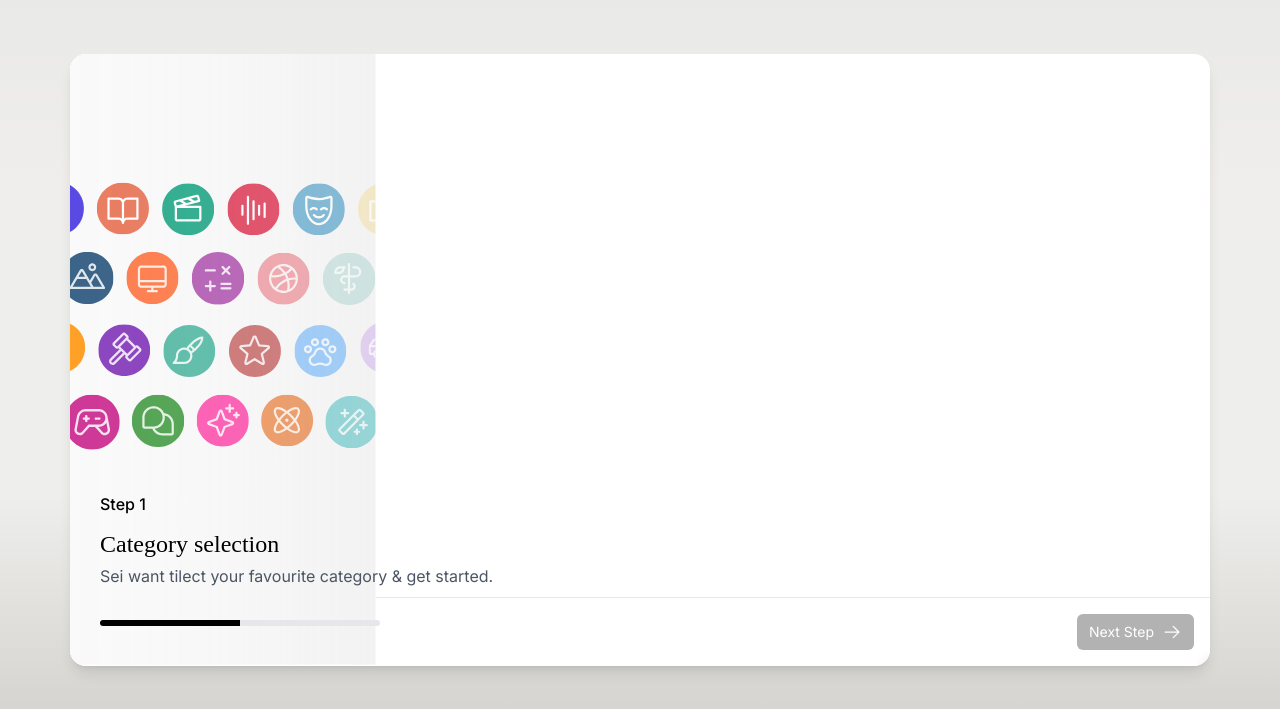
Repository: Satjeet2005/quiz-web-app-react
Page: /
These files come from the project's save history. The page is drawn as it stood at one moment and after a run of saves; the edit follows.
The browser window is 1280 px wide. The pictures show the whole page.
Pictures or frames that could not be fetched are drawn as grey boxes. The page's requests for data from a server got no answer. Some web fonts or font styles are not loaded; a fallback is used. The project was rebuilt for these pictures with package versions that can differ from the ones it lists, and the page was loaded fresh each time. No one was signed in, and anything a server would have sent is missing. Also part of the build but not shown: vite.config.ts, src/components/Badge/Badge.module.css, src/components/Badge/Badge.tsx, src/components/MCQ/MCQ.tsx, src/HTTP/use-questions.ts, src/hooks/useQuestions.ts, src/components/Spinner/Spinner.module.css, src/components/Spinner/Spinner.tsx and 18 more.

Above is the page before, as saved 2025-10-13 11:21:15.

### src/index.css
@import url("https://fonts.googleapis.com/css2?family=Inter:ital,opsz,wght@0,14..32,100..900;1,14..32,100..900&display=swap");

@font-face {
  font-family: 'Hando';
src: url("https://db.onlinewebfonts.com/t/ff43ca80668e47a1b1208ba9aed65ad2.eot");
    src: url("https://db.onlinewebfonts.com/t/ff43ca80668e47a1b1208ba9aed65ad2.eot?#iefix")format("embedded-opentype"),
    url("https://db.onlinewebfonts.com/t/ff43ca80668e47a1b1208ba9aed65ad2.woff2")format("woff2"),
    url("https://db.onlinewebfonts.com/t/ff43ca80668e47a1b1208ba9aed65ad2.woff")format("woff"),
    url("https://db.onlinewebfonts.com/t/ff43ca80668e47a1b1208ba9aed65ad2.ttf")format("truetype"),
    url("https://db.onlinewebfonts.com/t/ff43ca80668e47a1b1208ba9aed65ad2.svg#Sharp Grotesk Medium 20 Regular")format("svg");}

@tailwind base;
@tailwind components;
@tailwind utilities;

@layer utilities {
  .preserve-3d {
    transform-style: preserve-3d;
  }
  .perspective-1000{
    perspective: 1000px;
  }
  .backface-hidden{
    backface-visibility: hidden;
  }
}

:root {
  /* font */
  --Inter: "Inter";

  /* color */
  --grey: #495057;
  --coffee: #2e2e2e;
  --green: #0e9f6e;
  --grey-light: #e0e0e0;
  --blue: #3f83f8;
  overflow-x: hidden;
}

*{
  /* outline: 1px solid red; */
  box-sizing: border-box;
  /* overflow-x: hidden; */
}

html {
  /* font-family: var(--Inter); */
  /* font-family: "Nimbus"; */
  /* box-sizing: border-box; */
  height: 100% !important;
  width: 100%;
    min-height: 100% !important;

}

body {
  /* position: relative; */
  /* display: flex; */
  height: 100% !important;
  width: 100%;
  flex-direction: column;
  /* box-sizing: border-box; */
  /* margin: 0 auto; */
  max-width: 100%;
    min-height: 100% !important;

}

@media screen and (min-width:768px){
  body{
  background-image: linear-gradient(to top, #d5d4d0 0%, #d5d4d0 1%, #eeeeec 31%, #efeeec 75%, #e9e9e7 100%);  }
}

button {
  font-family: var(--Inter);
}

#root {
  height: 100% !important;
  min-height: 100% !important;
  /* overflow-y: scroll; */
  width: 100vw;
  /* position: relative; */
}

@media screen and (min-width:768px){
  #root{
    /* overflow-y: hidden; */
    display: flex;
    /* flex-direction: column; */
    /* justify-content: center; */
  }
}

### src/App.tsx
import { useState } from "react";
import "./App.css";
// import Category from "./components/individualCategory/Category";
import MCQWorkspace from "./components/MCQWorkspace/MCQWorkspace";
import Card from "./components/Card/Card";
import Homepage from "./components/Homepage";
export interface Category {
  id: number;
  name: string;
}

export interface Type {
  id: number;
  name: string;
  fullName: string;
}

const App = () => {
  const [activeStep, setActiveStep] = useState(1); //1
  const [selectedCategory, setSelectedCategory] = useState<Category | null>(
    null
  ); //null {id:9,name:"General knowledge"}
  const [selectedType, setSelectedType] = useState<Type | null>(null); //null  {id:1,name:"MCQ",fullName:"Multiple Choice Questions"}
  const [selectedDifficulty, setSelectedDifficulty] = useState<string | null>(
    "any"
  );
  const [count, setCount] = useState(2);
  const [isValid, setIsValid] = useState(false); //false
  const [shouldShowQuestion, setShouldShowQuestion] = useState(false); //false

  function handleCategoryChange(category: Category | null) {
    setSelectedCategory(category);
    setActiveStep(1);
  }

  function handleTypeChange(type: Type | null) {
    setSelectedType(type);
  }

  function handleDifficultyChange(label: string | null) {
    setSelectedDifficulty(label);
  }

  function formValidation(valid: boolean) {
    setIsValid(valid);
  }

  function handleQuestionCountChange(count: number) {
    setCount(count);
  }

  function handleReturnFromType() {
    setShouldShowQuestion(false);
    setSelectedType(null);
    setCount(0);
    setIsValid(false);
    setActiveStep(1);
  }

  function handleActiveStep(step: number, op: string) {
    if (op === "up" && activeStep === 1) {
      selectedCategory && setActiveStep(step);
    }
    if (op === "up" && activeStep === 2) {
      selectedDifficulty && selectedType && isValid && setActiveStep(step);
      setShouldShowQuestion(true);
    }
    if (op === "down" && activeStep === 2) {
      setActiveStep(1);
    }
  }

  return (
    <>
      {/* <ProgressBar activeStep={activeStep}></ProgressBar> */}

      <Homepage></Homepage>
      {!shouldShowQuestion && (
        <Card
          questionsCount={count}
          isValid={isValid}
          activeStep={activeStep}
          handleActiveStep={handleActiveStep}
          selectedCategory={selectedCategory}
          handleTypeChange={handleTypeChange}
          selectedType={selectedType}
          handleClick={handleCategoryChange}
          selectedDifficulty={selectedDifficulty}
          handleDifficultyChange={handleDifficultyChange}
          formValidation={formValidation}
          handleQuestionCountChange={handleQuestionCountChange}
        ></Card>
      )}
      {shouldShowQuestion && (
        <MCQWorkspace
          selectedType={selectedType as Type}
          category={selectedCategory as Category}
          count={count}
          difficulty={selectedDifficulty as string}
          handleRetake={() => console.log("RETAKE")}
          handleReturnFromType={handleReturnFromType}
        ></MCQWorkspace>
      )}
      {/* {(selectedCategory && !isValid) && <Category selectedCategory={selectedCategory} handleTypeChange={(type) => handleTypeChange(type)} selectedType={selectedType} selectedDifficulty={selectedDifficulty} handleDifficultyChange={handleDifficultyChange} formValidation={formValidation} handleQuestionCountChange={count => handleQuestionCountChange(count)}></Category>} */}
      {/* {isValid && <FlashcardWorkSpace amount={count} difficulty={selectedDifficulty} category={selectedCategory as number} ></FlashcardWorkSpace>} */}
      {/* {isValid && <MCQWorkspace count={count} category={selectedCategory as number} difficulty={selectedDifficulty} handleRetake={handleRetake}></MCQWorkspace>} */}
      {/* <Result></Result> */}
      {/* <CardButtons></CardButtons> */}
    </>
  );
};

export default App;

### src/components/Card/Card.tsx
import photo from "../../assets/sideimage.svg";
import ProgressBar from "../ProgressBar/ProgressBar";
import { lazy, Suspense } from "react";
import CardButtons from "../Buttons/CardButtons";
import type { Category, Type } from "../../App";
// import Customization from "../customization/Customization";
// const CategoriesComponent = lazy(() => import("../categories"));
import LearningOption from "../LearningOption/LearningOption";
// import MCQ from "../MCQ/MCQ";
// import MCQWorkspace from "../MCQWorkspace/MCQWorkspace";

interface Props {
  selectedCategory: Category | null;
  selectedType: Type | null;
  activeStep: number;
  selectedDifficulty: string | null;
  isValid: boolean;
  questionsCount: number;
  formValidation: (valid: boolean) => void;
  handleQuestionCountChange: (count: number) => void;
  handleTypeChange: (type: Type | null) => void;
  handleClick: (category: Category | null) => void;
  handleDifficultyChange: (type: string | null) => void;
  handleActiveStep: (step: number, op: string) => void;
}

const headings = [
  {
    heading: "Category selection",
    subheading: "Sei want tilect your favourite category & get started.",
  },
  {
    heading: "Learning Style",
    subheading: "Select your preffered learning style.",
  },
];

const Card = ({
  isValid,
  selectedDifficulty,
  selectedCategory,
  selectedType,
  questionsCount,
  activeStep,
  handleTypeChange,
  handleClick,
  handleDifficultyChange,
  formValidation,
  handleQuestionCountChange,
  handleActiveStep,
}: Props) => {
  return (
    <div className="w-full h-full relative bg-white box-border mt-4 md:w-[90%] md:h-fit md:shadow-lg  md:mx-auto md:my-auto md:rounded-2xl lg:h-[85%] lg:flex lg:flex-row lg:max-w-[1140px]">
      <CardButtons
        isValid={isValid}
        selectedDifficulty={selectedDifficulty}
        selectedType={selectedType}
        selectedCategory={selectedCategory}
        activeStep={activeStep}
        handleNext={handleActiveStep}
      ></CardButtons>
      <div className="lg:w-[500px] lg:h-full lg:rounded-l-2xl lg:relative">
        <div className="lg:absolute lg:bottom-4 lg:left-[30px]">
          {activeStep <= 2 && (
            <>
              <span className="hidden lg:block font-Inter font-medium">
                Step {activeStep}
              </span>
              <p className="hidden lg:block font-Hando text-2xl mt-3">
                {headings[activeStep - 1].heading}
              </p>
              <p className="hidden lg:block font-Inter text-gray-600 mt-1">
                {headings[activeStep - 1].subheading}
              </p>
              <ProgressBar activeStep={activeStep}></ProgressBar>
            </>
          )}
        </div>
        <img
          src={photo}
          alt="side-image"
          className="hidden lg:block object-cover h-full overflow-hidden rounded-l-2xl"
        />
      </div>
      {activeStep === 1 && (
        <Suspense fallback={null}>
          {/* <CategoriesComponent
            selectedCategory={selectedCategory}
            activeStep={activeStep}
            handleClick={handleClick}
          /> */}
        </Suspense>
      )}
      {activeStep === 2 && (
        <LearningOption
          selectedCount={questionsCount}
          selectedDifficulty={selectedDifficulty}
          formValidation={formValidation}
          handleDifficultyChange={handleDifficultyChange}
          handleQuestionCountChange={handleQuestionCountChange}
          selectedCategory={selectedCategory}
          selectedType={selectedType}
          handleTypeChange={handleTypeChange}
          handleCategoryChange={(category) => handleClick(category)}
        ></LearningOption>
      )}
    </div>
  );
};

export default Card;

### src/components/Homepage.tsx
import React from "react";

const Homepage: React.FC = () => {
  return null;
};

export default Homepage;

### src/components/ProgressBar/ProgressBar.tsx
interface Props {
  activeStep: number;
}
const ProgressBar = ({ activeStep }: Props) => {
  const totalStep = 2;
  function calculateWidth(){

    return (activeStep/totalStep)*100;
  }

  return (
    <div className="w-full flex justify-center mb-6 px-10 mt-10 md:justify-between lg:w-[280px] lg:justify-center lg:px-0 lg:mt-8 lg:items-end">
      <div
      style={{width:`${calculateWidth()}%`}}
        className={[
          " h-[6px] rounded-l-full md:w-full bg-black", calculateWidth() >= 100 && "rounded-r-full"
        ].join(" ")}
      ></div>

      <div
      style={{width:`${100-calculateWidth()}%`}}
        className={[
          "h-[6px] rounded-r-full md:w-full  bg-gray-200",
        ].join(" ")}
      ></div>
    </div>
  );
};

export default ProgressBar;

### src/components/Buttons/CardButtons.tsx
import nextButton from "../../assets/arrow-right.svg";
import backButton from "../../assets/arrow-left.svg";
import type { Category, Type } from "../../App";

interface Props {
  isValid: boolean;
  selectedCategory: Category | null;
  selectedType: Type | null;
  selectedDifficulty: string | null;
  activeStep: number;
  handleNext: (step: number, op: string) => void;
}
const CardButtons = ({
  isValid,
  selectedDifficulty,
  selectedType,
  selectedCategory,
  activeStep,
  handleNext,
}: Props) => {
  function checkDisabled() {
    if (activeStep === 1) {
      return !selectedCategory ? true : false;
    }

    if (activeStep === 2) {
      return !selectedType || !selectedDifficulty || !isValid ? true : false;
    }
  }

  return (
    <div className="w-full flex  box-border py-3 px-4 bg-white/50 backdrop-blur-sm border-t border-gray-200 fixed bottom-0 md:absolute md:rounded-b-2xl md:py-4 md:right-0">
      {activeStep > 1 && (
        <button
          className="flex flex-row items-center gap-2 box-border text-sm text-black bg-white border-2 border-gray-200 px-3 py-2 rounded-md  transition-[background-color] ease-linear hover:bg-gray-100"
          onClick={() => handleNext(activeStep - 1, "down")}
        >
          <img src={backButton} alt="back" className="w-5" />
          <p>Previous Step</p>
        </button>
      )}

      <button
        className={[
          "flex flex-row items-center ml-auto gap-2 box-border text-sm text-white px-3 py-2 rounded-md  transition-all ease-linear disabled:opacity-30 disabled:cursor-not-allowed",
          activeStep === 1
            ? "bg-black hover:opacity-80"
            : "bg-gradient-to-r from-indigo-800 via-purple-700 to-violet-500 hover:from-indigo-900 hover:via-purple-800 hover:to-violet-600 transition-all",
        ].join(" ")}
        disabled={checkDisabled()}
        onClick={() => handleNext(activeStep + 1, "up")}
      >
        <p>Next Step</p>
        <img src={nextButton} alt="next" className="w-5" />
      </button>
    </div>
  );
};

export default CardButtons;

### src/hooks/useCategory.ts
import { useEffect, useState } from "react"
import type { CategoriesProps } from "../HTTP/use-category";
import useService from "../HTTP/use-category"

 const useCategory = () => {
    const [categories,setCategories] = useState<CategoriesProps["trivia_categories"]>();

    useEffect(() => {
        const { request } = useService.getCategory<CategoriesProps>();

        request
        .then((res) => {

            setCategories(res.data.trivia_categories);
        })
    },[])

  return { categories };


}

export default useCategory;

### src/hooks/useCategoryDescription.ts
import { categoryDescription } from "../data/data"

const useCategoryDescription = () => {
  return { categoryDescription }
}

export default useCategoryDescription

### src/HTTP/http-request.ts
import apiClient from "./api-client";

class HttpService {
  endpoint: string;

  constructor(endpoint: string) {
    this.endpoint = endpoint;
  }

  getCategory<T>() {
    const controller = new AbortController();
    const request = apiClient.get<T>(this.endpoint, {
      signal: controller.signal,
    });
    return { request, cancel: () => controller.abort() };
  }

  getCategoryQuestionCount<T>(id: number) {
    const controller = new AbortController();

    const request = apiClient.get<T>(this.endpoint + id, {
      signal: controller.signal,
    });
    return { request, cancel: () => controller.abort() };
  }

  getQuestions<T>(count: number, category: number, difficulty: string) {
    const controller = new AbortController();

    const TYPE = "multiple";
    let string;
    if (difficulty === "any")
      string = `amount=${count}&category=${category}&type=${TYPE}`;
    else
      string = `amount=${count}&category=${category}&difficulty=${difficulty}&type=${TYPE}`;

    const request = apiClient.get<T>(this.endpoint + string, {
      signal: controller.signal,
    });
    return { request, cancel: () => controller.abort() };
  }
}

function create(endpoint: string) {
  return new HttpService(endpoint);
}

export default create;

### src/HTTP/use-category.ts
import create from "./http-request";

interface Category{
            id : number,
        name : string
}

export interface CategoriesProps{
    trivia_categories : Category[]
}


export default create("/api_category.php");

### src/data/data.ts
export const categoryDescription = [
  { id: 9, description: "Everyday facts and trivia."},
  { id: 10, description: "Literary works and authors."},
  { id: 11, description: "Movies, actors, and directors."},
  { id: 12, description: "Songs, artists, and albums."},
  { id: 13, description: "Stage shows and performers."},
  { id: 14, description: "TV shows and characters."},
  { id: 15, description: "Gaming trivia and titles."},
  { id: 16, description: "Classic and modern board games."},
  { id: 17, description: "Natural world and sciences."},
  { id: 18, description: "Computing and tech basics."},
  { id: 19, description: "Math facts and logic."},
  { id: 20, description: "Gods, legends, and myths." },
  { id: 21, description: "Athletes, teams, and events." },
  { id: 22, description: "Countries, cities, and places." },
  { id: 23, description: "Past events and figures." },
  { id: 24, description: "Leaders, systems, and policies." },
  { id: 25, description: "Famous art and artists." },
  { id: 26, description: "Famous people and pop culture."},
  { id: 27, description: "Wildlife and species facts." },
  { id: 28, description: "Cars, bikes, and transport." },
  { id: 29, description: "Comic books and superheroes."},
  { id: 30, description: "Innovations and devices." },
  { id: 31, description: "Anime and manga culture."},
  { id: 32, description: "Animated shows and films."}
];

### src/HTTP/api-client.ts
import axios from "axios";

export default axios.create({
    baseURL: "https://opentdb.com"
})

Loaded but not shown: index.html (common file); src/main.tsx (common file); tailwind.config.js (16 lines, source omitted); src/components/Selection/SelectionDifficulty.tsx (256 lines, source omitted); src/components/Categories/Categories.tsx (201 lines, source omitted); src/App.css (no stored copy; drawn as an empty file)

After the next 2 saves:
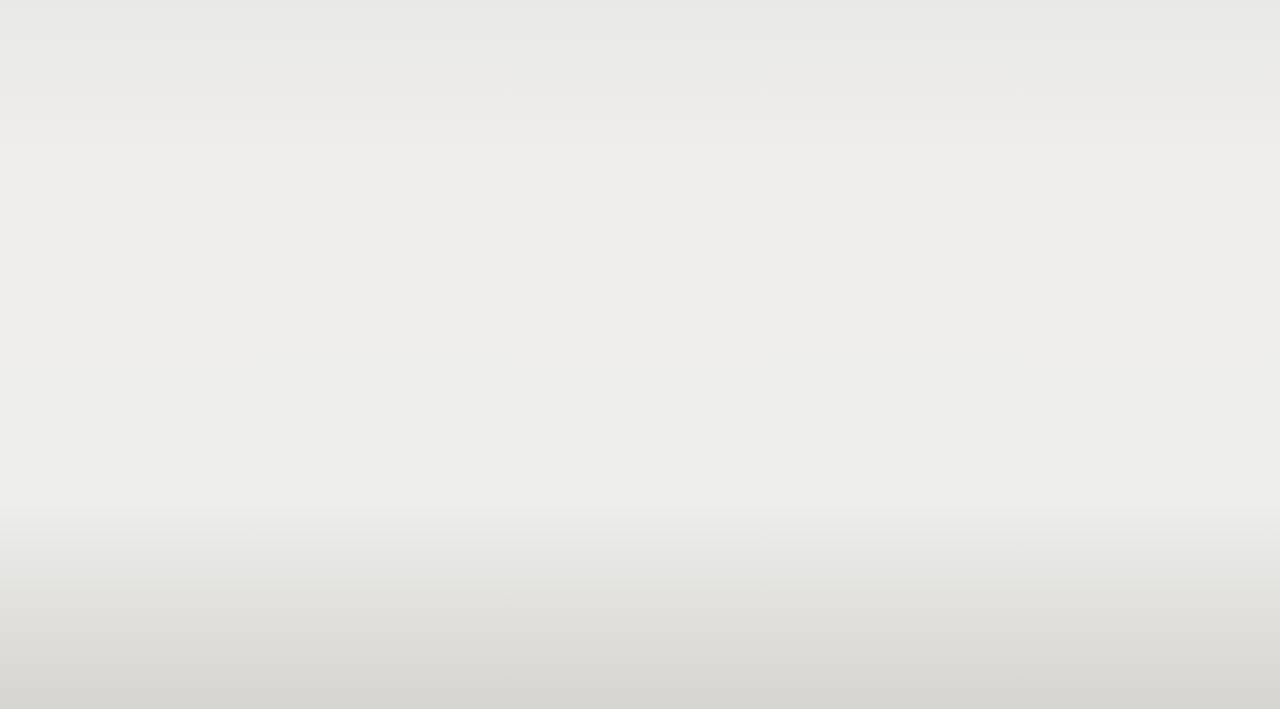
Console error: ReferenceError: Categories is not defined
The 2 saves are shown as one change because they came seconds apart.
The last was saved 85 s later.
--- a/src/components/Card/Card.tsx
+++ b/src/components/Card/Card.tsx
@@ -84,11 +84,11 @@ const Card = ({
       </div>
       {activeStep === 1 && (
         <Suspense fallback={null}>
-          {/* <CategoriesComponent
+          <Categories
             selectedCategory={selectedCategory}
             activeStep={activeStep}
             handleClick={handleClick}
-          /> */}
+          />
         </Suspense>
       )}
       {activeStep === 2 && (

After the save that followed:
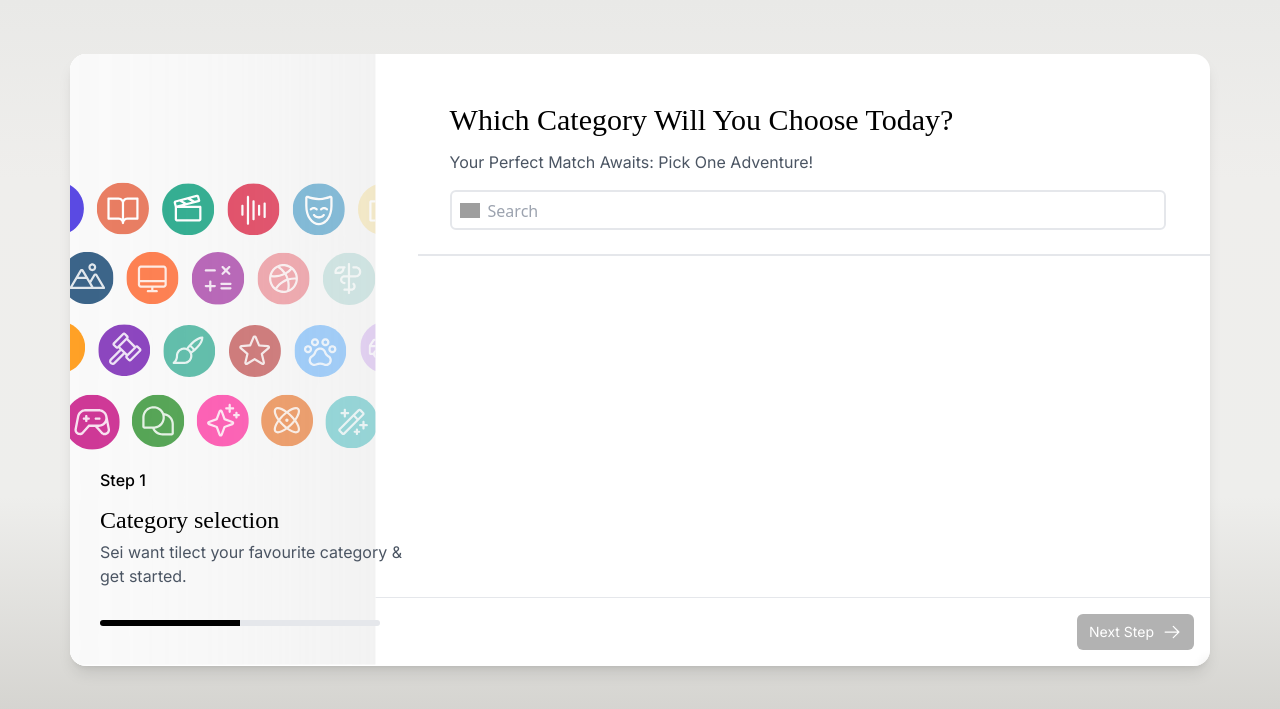
The error is gone.
Saved 6 s later.
--- a/src/components/Card/Card.tsx
+++ b/src/components/Card/Card.tsx
@@ -6,6 +6,7 @@ import type { Category, Type } from "../../App";
 // import Customization from "../customization/Customization";
 // const CategoriesComponent = lazy(() => import("../categories"));
 import LearningOption from "../LearningOption/LearningOption";
+import Categories from "../Categories/Categories";
 // import MCQ from "../MCQ/MCQ";
 // import MCQWorkspace from "../MCQWorkspace/MCQWorkspace";
 
